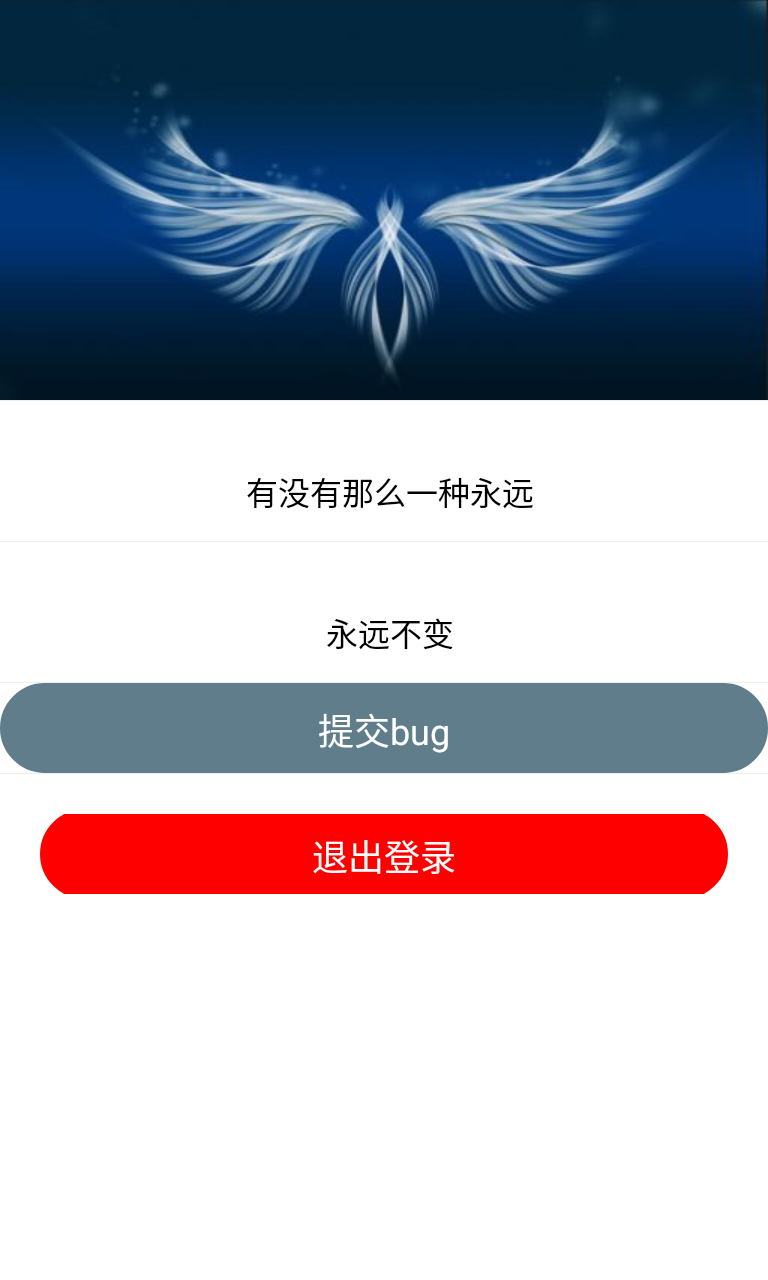
Repository: fatio/Nower
Layout: Android_Client_Source/EnjoyIt/res/layout/activity_setting.xml
An editor plug-in stored every save of this project. The layout is shown before and after the next save, followed by the edit.
It is drawn on a 768 x 1280 px phone screen (xhdpi) without system bars, with theme AppTheme; the app's code is not run.

Above is the layout before, as saved 2015-12-29 12:14:17.

### Android_Client_Source/EnjoyIt/res/layout/activity_setting.xml
<?xml version="1.0" encoding="utf-8"?>
<LinearLayout xmlns:android="http://schemas.android.com/apk/res/android"
    android:layout_width="fill_parent"
    android:layout_height="fill_parent"
    android:gravity="center_horizontal"
    android:orientation="vertical" >

    <ScrollView
        android:layout_width="fill_parent"
        android:layout_height="wrap_content"
        android:scrollbars="none" >

        <LinearLayout
            android:layout_width="fill_parent"
            android:layout_height="wrap_content"
            android:orientation="vertical" >

            <ImageView
                android:layout_width="match_parent"
                android:layout_height="200dp"
                android:scaleType="fitXY"
                android:src="@drawable/user_bg" />


            <View
                android:layout_width="fill_parent"
                android:layout_height="1px"
                android:background="@color/black2" />

            <TextView
                android:id="@+id/tv_like"
                style="@style/TxtTitle"
                android:layout_width="fill_parent"
                android:layout_height="50dp"
                android:layout_marginTop="20dp"
                android:background="@drawable/setting_item_selector"
                android:paddingLeft="16dp"
                android:paddingRight="10dp"
                android:text="有没有那么一种永远"
                android:gravity="center"
                android:textSize="16sp"
                android:focusable="true"
                android:clickable="true" />

            <View
                android:layout_width="fill_parent"
                android:layout_height="1px"
                android:background="@color/black2" />

            <TextView
                android:id="@+id/tv_borrow"
                style="@style/TxtTitle"
                android:layout_width="match_parent"
                android:layout_height="50dp"
                android:layout_marginTop="20dp"
                android:background="@drawable/setting_item_selector"
                android:paddingLeft="16dp"
                android:paddingRight="10dp"
                android:text="永远不变"
                android:gravity="center"
                android:textSize="16sp"
                android:focusable="true"
                android:clickable="true" />

            <View
                android:layout_width="fill_parent"
                android:layout_height="1px"
                android:background="@color/black2" />
                <Button
                    android:id="@+id/bt_submit_bug"
                    android:layout_width="fill_parent"
                    android:layout_height="45.0dip"
                    android:background="@drawable/btn_bg_blue"
                    android:padding="10.0dip"
                    android:text="提交bug"
                    android:textColor="@color/white" />

            <View
                android:layout_width="fill_parent"
                android:layout_height="1px"
                android:background="@color/black2" />

            <LinearLayout
                android:layout_width="fill_parent"
                android:layout_height="80.0dip"
                android:gravity="center"
                android:padding="20.0dip" >

                <Button
                    android:id="@+id/bt_logout"
                    android:layout_width="fill_parent"
                    android:layout_height="45.0dip"
                    android:background="@drawable/btn_bg_red2"
                    android:padding="10.0dip"
                    android:text="退出登录"
                    android:textColor="@color/white" />
            </LinearLayout>
        </LinearLayout>
    </ScrollView>

</LinearLayout>

### Android_Client_Source/EnjoyIt/res/values/styles.xml
<resources>
        <!-- 标题1样式 -->
    <style name="txt_titleStyle1">
        <item name="android:layout_width">wrap_content</item>
        <item name="android:layout_height">wrap_content</item>
        <item name="android:textSize">20sp</item>
        <item name="android:textColor">@color/white</item>
    </style>
        <!-- 图片样式 -->
    <style name="img_Style">
        <item name="android:layout_width">wrap_content</item>
        <item name="android:layout_height">wrap_content</item>
        <item name="android:contentDescription">@string/app_name</item>
    </style>

    <style name="TxtTitle" parent="@style/img_Style">
        <item name="android:textSize">18sp</item>
        <item name="android:textColor">#000000</item>
        <item name="android:paddingLeft">6.0dip</item>
        <item name="android:paddingRight">6.0dip</item>
        <item name="android:focusable">false</item>
    </style>


    <style name="like_toast_dialog_style">
        <item name="android:windowFrame">@null</item>
        <item name="android:windowIsFloating">true</item>
        <item name="android:windowIsTranslucent">true</item>
        <item name="android:windowNoTitle">true</item>
        <item name="android:backgroundDimEnabled">false</item>
        <item name="android:windowContentOverlay">@null</item>
        <item name="android:windowBackground">@drawable/round_background</item>
    </style>
    <style name="AnimBottom" parent="@android:style/Animation">
        <item name="android:windowEnterAnimation">@anim/push_bottom_in</item>
        <item name="android:windowExitAnimation">@anim/push_bottom_out</item>
    </style>

    <style name="PopupAnimation3" parent="android:Animation">
        <item name="android:windowEnterAnimation">@anim/push_bottom_in</item>
        <item name="android:windowExitAnimation">@anim/push_bottom_out</item>
    </style>

    <style name="PopupAnimation" mce_bogus="1" parent="android:Animation">
        <item name="android:windowEnterAnimation">@anim/activity_translate_in</item>
        <item name="android:windowExitAnimation">@anim/activity_translate_out</item>
    </style>

    <style name="PopupAnimation1" mce_bogus="1" parent="android:Animation">
        <item name="android:windowEnterAnimation">@anim/popup_enter</item>
        <item name="android:windowExitAnimation">@anim/popup_exit</item>
    </style>
    <!--
        Base application theme, dependent on API level. This theme is replaced
        by AppBaseTheme from res/values-vXX/styles.xml on newer devices.

    -->
    <style name="AppBaseTheme" parent="android:Theme.Light">
        <!--
            Theme customizations available in newer API levels can go in
            res/values-vXX/styles.xml, while customizations related to
            backward-compatibility can go here.

        -->
    </style>

    <!-- Application theme. -->
    <style name="AppTheme" parent="AppBaseTheme">
        <!-- All customizations that are NOT specific to a particular API-level can go here. -->
    </style>

</resources>

### Android_Client_Source/EnjoyIt/res/values/colors.xml
<?xml version="1.0" encoding="utf-8" ?>
 <resources>
         <color name="bg_black">#000000</color>
    <color name="bg_white">#FFFFFF</color>
    <color name="bg_topbar">#FCFCFC</color>
    <color name="bg_gray">#00F1F1F1</color>
    <color name="bar_color">#232325</color>

    <color name="black2">#ffeeeeee</color>
    <color name="text_gray">#8D7A71</color>
    <color name="text_white">#FFFFFF</color>
    <color name="text_yellow">#FFC800</color>
    <color name="text_topbar">#694E42</color>
    <color name="div_white">#E5E5E5</color>
    <color name="puple">#d500f9</color>

    <color name="blueGray">#607d8b</color>

     <color name="mywhite">#f5f5f5</color>
 <color name="white">#ffffff</color><!--白色 -->
 <color name="ivory">#fffff0</color><!--象牙色 -->
 <color name="lightyellow">#ffffe0</color><!--亮黄色 -->
 <color name="yellow">#ffff00</color><!--黄色 -->
 <color name="snow">#fffafa</color><!--雪白色 -->
 <color name="floralwhite">#fffaf0</color><!--花白色 -->
 <color name="lemonchiffon">#fffacd</color><!--柠檬绸色 -->
 <color name="cornsilk">#fff8dc</color><!--米绸色 -->
 <color name="seaShell">#fff5ee</color><!--海贝色 -->
 <color name="lavenderblush">#fff0f5</color><!--淡紫红 -->
 <color name="papayawhip">#ffefd5</color><!--番木色 -->
 <color name="blanchedalmond">#ffebcd</color><!--白杏色 -->
 <color name="mistyrose">#ffe4e1</color><!--浅玫瑰色 -->
 <color name="bisque">#ffe4c4</color><!--桔黄色 -->
 <color name="moccasin">#ffe4b5</color><!--鹿皮色 -->
 <color name="navajowhite">#ffdead</color><!--纳瓦白 -->
 <color name="peachpuff">#ffdab9</color><!--桃色 -->
 <color name="gold">#ffd700</color><!--金色 -->
 <color name="pink">#ffc0cb</color><!--粉红色 -->
 <color name="lightpink">#ffb6c1</color><!--亮粉红色 -->
 <color name="orange">#ffa500</color><!--橙色 -->
 <color name="lightsalmon">#ffa07a</color><!--亮肉色 -->
 <color name="darkorange">#ff8c00</color><!--暗桔黄色 -->
 <color name="coral">#ff7f50</color><!--珊瑚色 -->
 <color name="hotpink">#ff69b4</color><!--热粉红色 -->
 <color name="tomato">#ff6347</color><!--西红柿色 -->
 <color name="orangered">#ff4500</color><!--红橙色 -->
 <color name="deeppink">#ff1493</color><!--深粉红色 -->
 <color name="fuchsia">#ff00ff</color><!--紫红色 -->
 <color name="magenta">#ff00ff</color><!--红紫色 -->
 <color name="red">#ff0000</color><!--红色 -->
 <color name="oldlace">#fdf5e6</color><!--老花色 -->
 <color name="lightgoldenrodyellow">#fafad2</color><!--亮金黄色 -->
 <color name="linen">#faf0e6</color><!--亚麻色 -->
 <color name="antiquewhite">#faebd7</color><!--古董白 -->
 <color name="salmon">#fa8072</color><!--鲜肉色 -->
 <color name="ghostwhite">#f8f8ff</color><!--幽灵白 -->
 <color name="mintcream">#f5fffa</color><!--薄荷色 -->
 <color name="whitesmoke">#f5f5f5</color><!--烟白色 -->
 <color name="beige">#f5f5dc</color><!--米色 -->
 <color name="wheat">#f5deb3</color><!--浅黄色 -->
 <color name="sandybrown">#f4a460</color><!--沙褐色 -->
 <color name="azure">#f0ffff</color><!--天蓝色 -->
 <color name="honeydew">#f0fff0</color><!--蜜色 -->
 <color name="aliceblue">#f0f8ff</color><!--艾利斯兰 -->
 <color name="khaki">#f0e68c</color><!--黄褐色 -->
 <color name="lightcoral">#f08080</color><!--亮珊瑚色 -->
 <color name="palegoldenrod">#eee8aa</color><!--苍麒麟色 -->
 <color name="violet">#ee82ee</color><!--紫罗兰色 -->
 <color name="darksalmon">#e9967a</color><!--暗肉色 -->
 <color name="lavender">#e6e6fa</color><!--淡紫色 -->
 <color name="lightcyan">#e0ffff</color><!--亮青色 -->
 <color name="burlywood">#deb887</color><!--实木色 -->
 <color name="plum">#dda0dd</color><!--洋李色 -->
 <color name="gainsboro">#dcdcdc</color><!--淡灰色 -->
 <color name="crimson">#dc143c</color><!--暗深红色 -->
 <color name="palevioletred">#db7093</color><!--苍紫罗兰色 -->
 <color name="goldenrod">#daa520</color><!--金麒麟色 -->
 <color name="orchid">#da70d6</color><!--淡紫色 -->
 <color name="thistle">#d8bfd8</color><!--蓟色 -->
 <color name="lightgray">#d3d3d3</color><!--亮灰色 -->
 <color name="lightgrey">#d3d3d3</color><!--亮灰色 -->
 <color name="tan">#d2b48c</color><!--茶色 -->
 <color name="chocolate">#d2691e</color><!--巧可力色 -->
 <color name="peru">#cd853f</color><!--秘鲁色 -->
 <color name="indianred">#cd5c5c</color><!--印第安红 -->
 <color name="mediumvioletred">#c71585</color><!--中紫罗兰色 -->
 <color name="silver">#c0c0c0</color><!--银色 -->
 <color name="darkkhaki">#bdb76b</color><!--暗黄褐色 -->
 <color name="rosybrown">#bc8f8f</color><!--褐玫瑰红 -->
 <color name="mediumorchid">#ba55d3</color><!--中粉紫色 -->
 <color name="darkgoldenrod">#b8860b</color><!--暗金黄色 -->
 <color name="firebrick">#b22222</color><!--火砖色 -->
 <color name="powderblue">#b0e0e6</color><!--粉蓝色 -->
 <color name="lightsteelblue">#b0c4de</color><!--亮钢兰色 -->
 <color name="paleturquoise">#afeeee</color><!--苍宝石绿 -->
 <color name="greenyellow">#adff2f</color><!--黄绿色 -->
 <color name="lightblue">#add8e6</color><!--亮蓝色 -->
 <color name="darkgray">#a9a9a9</color><!--暗灰色 -->
 <color name="darkgrey">#a9a9a9</color><!--暗灰色 -->
 <color name="brown">#a52a2a</color><!--褐色 -->
 <color name="sienna">#a0522d</color><!--赭色 -->
 <color name="darkorchid">#9932cc</color><!--暗紫色 -->
 <color name="palegreen">#98fb98</color><!--苍绿色 -->
 <color name="darkviolet">#9400d3</color><!--暗紫罗兰色 -->
 <color name="mediumpurple">#9370db</color><!--中紫色 -->
 <color name="lightgreen">#90ee90</color><!--亮绿色 -->
 <color name="darkseagreen">#8fbc8f</color><!--暗海兰色 -->
 <color name="saddlebrown">#8b4513</color><!--重褐色 -->
 <color name="darkmagenta">#8b008b</color><!--暗洋红 -->
 <color name="darkred">#8b0000</color><!--暗红色 -->
 <color name="blueviolet">#8a2be2</color><!--紫罗兰蓝色 -->
 <color name="lightskyblue">#87cefa</color><!--亮天蓝色 -->
 <color name="skyblue">#87ceeb</color><!--天蓝色 -->
 <color name="gray">#808080</color><!--灰色 -->
 <color name="grey">#808080</color><!--灰色 -->
 <color name="olive">#808000</color><!--橄榄色 -->
 <color name="purple">#800080</color><!--紫色 -->
 <color name="maroon">#800000</color><!--粟色 -->
 <color name="aquamarine">#7fffd4</color><!--碧绿色 -->
 <color name="chartreuse">#7fff00</color><!--黄绿色 -->
 <color name="lawngreen">#7cfc00</color><!--草绿色 -->
 <color name="mediumslateblue">#7b68ee</color><!--中暗蓝色 -->
 <color name="lightslategray">#778899</color><!--亮蓝灰 -->
 <color name="lightslategrey">#778899</color><!--亮蓝灰 -->
 <color name="slategray">#708090</color><!--灰石色 -->
 <color name="slategrey">#708090</color><!--灰石色 -->
 <color name="olivedrab">#6b8e23</color><!--深绿褐色 -->
 <color name="slateblue">#6a5acd</color><!--石蓝色 -->
 <color name="dimgray">#696969</color><!--暗灰色 -->
 <color name="dimgrey">#696969</color><!--暗灰色 -->
 <color name="mediumaquamarine">#66cdaa</color><!--中绿色 -->
 <color name="cornflowerblue">#6495ed</color><!--菊兰色 -->
 <color name="cadetblue">#5f9ea0</color><!--军兰色 -->
 <color name="darkolivegreen">#556b2f</color><!--暗橄榄绿 -->
 <color name="indigo">#4b0082</color><!--靛青色 -->
 <color name="mediumturquoise">#48d1cc</color><!--中绿宝石 -->
 <color name="darkslateblue">#483d8b</color><!--暗灰蓝色 -->
 <color name="steelblue">#4682b4</color><!--钢兰色 -->
 <color name="royalblue">#4169e1</color><!--皇家蓝 -->
 <color name="turquoise">#40e0d0</color><!--青绿色 -->
 <color name="mediumseagreen">#3cb371</color><!--中海蓝 -->
 <color name="limegreen">#32cd32</color><!--橙绿色 -->
 <color name="darkslategray">#2f4f4f</color><!--暗瓦灰色 -->
 <color name="darkslategrey">#2f4f4f</color><!--暗瓦灰色 -->
 <color name="seagreen">#2e8b57</color><!--海绿色 -->
 <color name="forestgreen">#228b22</color><!--森林绿 -->
 <color name="lightseagreen">#20b2aa</color><!--亮海蓝色 -->
 <color name="dodgerblue">#1e90ff</color><!--闪兰色 -->
 <color name="midnightblue">#191970</color><!--中灰兰色 -->
 <color name="aqua">#00ffff</color><!--浅绿色 -->
 <color name="cyan">#00ffff</color><!--青色 -->
 <color name="springgreen">#00ff7f</color><!--春绿色 -->
 <color name="lime">#00ff00</color><!--酸橙色 -->
 <color name="mediumspringgreen">#00fa9a</color><!--中春绿色 -->
 <color name="darkturquoise">#00ced1</color><!--暗宝石绿 -->
 <color name="deepskyblue">#00bfff</color><!--深天蓝色 -->
 <color name="darkcyan">#008b8b</color><!--暗青色 -->
 <color name="teal">#008080</color><!--水鸭色 -->
 <color name="green">#008000</color><!--绿色 -->
 <color name="darkgreen">#006400</color><!--暗绿色 -->
 <color name="blue">#0000ff</color><!--蓝色 -->
 <color name="mediumblue">#0000cd</color><!--中兰色 -->
 <color name="darkblue">#00008b</color><!--暗蓝色 -->
 <color name="navy">#000080</color><!--海军色 -->
 <color name="black">#000000</color><!--黑色 -->
 <color name="transparent">#0000</color><!-- 透明 -->
 <color name="transparent2">#8000</color><!-- 透明 -->
 <!-- 上传图片添加的颜色 -->
 <color name="none_color">#00000000</color>
 <color name="plugin_camera_black">#000000</color>
 <color name="albumback">#E1E0DE</color>


 <color name="style_red">#ff4c41</color>
 <color name="style_divider_color">#C9C7CD</color>
 </resources>

### Android_Client_Source/EnjoyIt/res/drawable/btn_bg_blue.xml
<?xml version="1.0" encoding="UTF-8"?>
<selector xmlns:android="http://schemas.android.com/apk/res/android">

    <item android:state_pressed="false"><shape xmlns:android="http://schemas.android.com/apk/res/android" android:shape="rectangle">
            <corners android:radius="30dp" />

            <stroke android:width="1dp" android:color="@color/blueGray" />

            <gradient android:angle="90" android:endColor="@color/blueGray" android:startColor="@color/blueGray" />
        </shape></item>
    <item android:state_pressed="true"><shape android:shape="rectangle">
            <solid android:color="@color/puple" />

            <corners android:radius="30dp" />
        </shape></item>

</selector>

### Android_Client_Source/EnjoyIt/res/drawable/btn_bg_red2.xml
<?xml version="1.0" encoding="UTF-8"?>
<selector xmlns:android="http://schemas.android.com/apk/res/android">

    <item android:state_pressed="false"><shape xmlns:android="http://schemas.android.com/apk/res/android" android:shape="rectangle">
            <corners android:radius="30dp" />

            <stroke android:width="1dp" android:color="@color/red" />

            <gradient android:angle="90" android:endColor="@color/red" android:startColor="@color/red" />
        </shape></item>
    <item android:state_pressed="true"><shape android:shape="rectangle">
            <solid android:color="@color/puple" />

            <corners android:radius="30dp" />
        </shape></item>

</selector>

### Android_Client_Source/EnjoyIt/res/values/strings.xml
<?xml version="1.0" encoding="utf-8"?>
<resources>

    <string name="app_name">Nower</string>
    <string name="hello_world">Hello world!</string>
    <string name="action_settings">Settings</string>
    <string name="title_activity_register">RegisterActivity</string>
    <string name="title_activity_main">MainActivity</string>
    <string name="title_activity_image">图片</string>
    <string name="title_activity_map">地图</string>
    <string name="yes">是</string>
    <string name="no">否</string>
    <string name="title_activity_user_info">用户自述</string>
    <string name="title_activity_my_info">我</string>
    <string name="title_activity_setting">设置</string>
    <string name="title_activity_message">消息</string>
    <string name="title_activity_show">来自ta的回复</string>

</resources>

Loaded but not shown: Android_Client_Source/EnjoyIt/res/values-v11/styles.xml (common file); Android_Client_Source/EnjoyIt/res/values-v14/styles.xml (common file); Android_Client_Source/EnjoyIt/res/drawable/setting_item_selector.xml (common file)

After the next save:
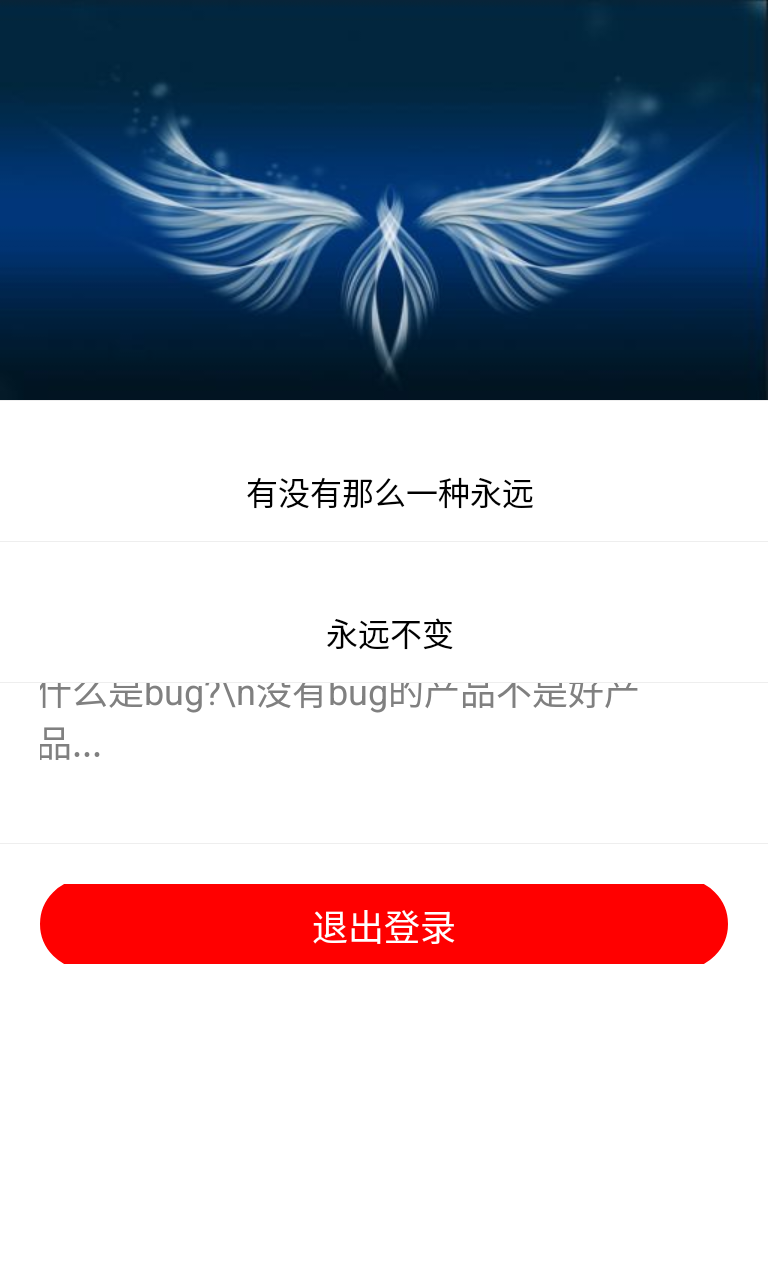
Saved 4 min 59 s later.
--- a/Android_Client_Source/EnjoyIt/res/layout/activity_setting.xml
+++ b/Android_Client_Source/EnjoyIt/res/layout/activity_setting.xml
@@ -21,7 +21,6 @@
                 android:scaleType="fitXY"
                 android:src="@drawable/user_bg" />
 
-
             <View
                 android:layout_width="fill_parent"
                 android:layout_height="1px"
@@ -34,13 +33,13 @@
                 android:layout_height="50dp"
                 android:layout_marginTop="20dp"
                 android:background="@drawable/setting_item_selector"
+                android:clickable="true"
+                android:focusable="true"
+                android:gravity="center"
                 android:paddingLeft="16dp"
                 android:paddingRight="10dp"
                 android:text="有没有那么一种永远"
-                android:gravity="center"
-                android:textSize="16sp"
-                android:focusable="true"
-                android:clickable="true" />
+                android:textSize="16sp" />
 
             <View
                 android:layout_width="fill_parent"
@@ -54,26 +53,47 @@
                 android:layout_height="50dp"
                 android:layout_marginTop="20dp"
                 android:background="@drawable/setting_item_selector"
+                android:clickable="true"
+                android:focusable="true"
+                android:gravity="center"
                 android:paddingLeft="16dp"
                 android:paddingRight="10dp"
                 android:text="永远不变"
-                android:gravity="center"
-                android:textSize="16sp"
-                android:focusable="true"
-                android:clickable="true" />
+                android:textSize="16sp" />
 
             <View
                 android:layout_width="fill_parent"
                 android:layout_height="1px"
                 android:background="@color/black2" />
+
+            <LinearLayout
+                android:layout_width="fill_parent"
+                android:layout_height="80.0dip"
+                android:layout_marginLeft="20dp"
+                android:layout_marginRight="20dp"
+                android:gravity="center" >
+
+                <EditText
+                    android:id="@+id/et_content"
+                    android:layout_width="fill_parent"
+                    android:layout_height="100dp"
+                    android:layout_margin="8dp"
+                    android:background="@null"
+                    android:gravity="left|top"
+                    android:hint="什么是bug?\n没有bug的产品不是好产品..." >
+                </EditText>
+
                 <Button
-                    android:id="@+id/bt_submit_bug"
-                    android:layout_width="fill_parent"
+                    android:id="@+id/bt_logout"
+                    android:layout_width="wrap_content"
                     android:layout_height="45.0dip"
+                    android:layout_marginLeft="10dp"
+                    android:layout_marginRight="10dp"
                     android:background="@drawable/btn_bg_blue"
                     android:padding="10.0dip"
                     android:text="提交bug"
                     android:textColor="@color/white" />
+            </LinearLayout>
 
             <View
                 android:layout_width="fill_parent"
